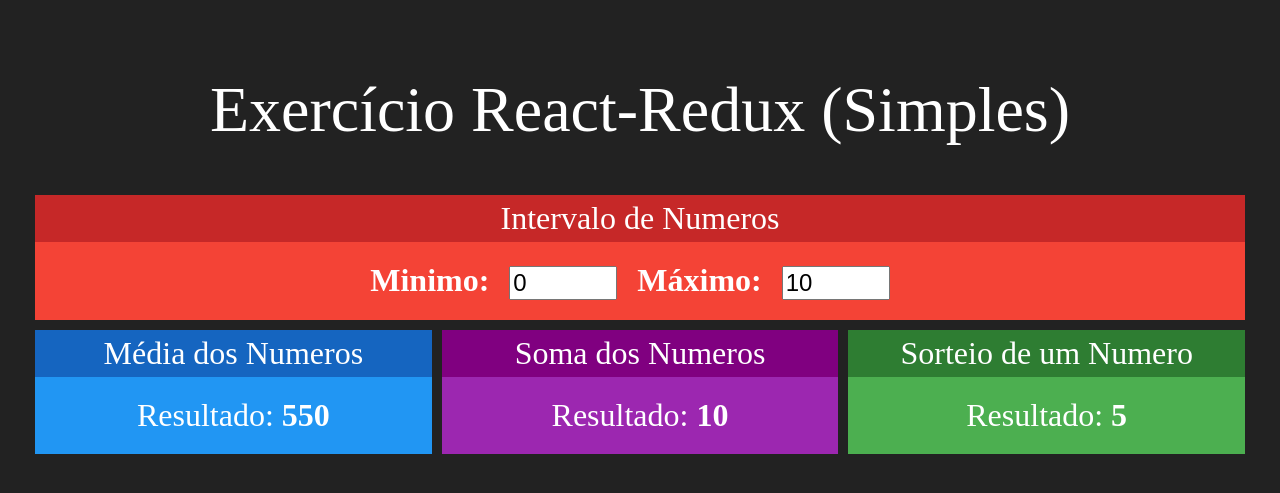
Repository: eversonps/redux-simples
Page: /
An editor plug-in stored every save of this project. The page is shown before and after the next save, followed by the edit.
The browser window is 1280 px wide. The pictures show the whole page.
The project was rebuilt for these pictures with package versions that can differ from the ones it lists, and the page was loaded fresh each time.

Above is the page before, as saved 2022-03-11 13:23:36.

### src/index.css
body{
  background-color: #222;
  font-size: 2rem;
  color: #fff;
  margin: 30px;
}

### src/App.js
import './App.css';
import React, {useState} from 'react';
import Intervalo from './components/Intervalo';
import Soma from './components/Soma';
import Sorteio from './components/Sorteio';
import Media from './components/Media';


function App() {
  const [min, setMin] = useState(100)
  const [max, setMax] = useState(1000)

  return (
    <div className="App">
      <h1>Exercício React-Redux (Simples)</h1>
      <div className='linha'>
        <Intervalo title="Card 1" red>X</Intervalo>
      </div>
      <div className='linha'>
        <Media min={min} max={max}></Media>
        <Soma min={min} max={max}></Soma>
        <Sorteio min={min} max={max}></Sorteio>
      </div>
    </div>
  );
}

export default App;

### src/App.css
.App{
  display: flex;
  flex-direction: column;
  text-align: center;
}

h1{
  font-weight: 200;
}

.linha{
  display: flex;
}

### src/components/Intervalo.jsx
import "./Intervalo.css"
import React from "react"
import Card from "./Card"

export default props => {
    return (
        <Card title="Intervalo de Numeros" red>
            <div className="Intervalo">
                <span>
                    <strong>Minimo:</strong>
                    <input type="number" value={0} readOnly/>
                </span>

                <span>
                    <strong>Máximo:</strong>
                    <input type="number" value={10} readOnly/>
                </span>
            </div>
        </Card>
    )
}

### src/components/Soma.jsx
import React from "react"
import Card from "./Card"

export default props => {
    return (
        <Card title="Soma dos Numeros" purple>
            <div>
                <span>
                    <span>Resultado: </span>
                    <strong>10</strong>
                </span>
            </div>
        </Card>
    )
}

### src/components/Sorteio.jsx
import React from "react"
import Card from "./Card"

export default props => {
    return (
        <Card title="Sorteio de um Numero" green>
            <div>
                <span>
                    <span>Resultado: </span>
                    <strong>5</strong>
                </span>
            </div>
        </Card>
    )
}

### src/components/Media.jsx
import React from "react"
import Card from "./Card"

export default props => {
    const min = props.min
    const max = props.max

    return (
        <Card title="Média dos Numeros" blue>
            <div>
                <span>
                    <span>Resultado: </span>
                    <strong>{(max + min) / 2}</strong>
                </span>
            </div>
        </Card>
    )
}

### src/components/Intervalo.css
.Intervalo input {
    font-size: 1.5rem;
    margin: 0 20px;
    width: 100px;
}

### src/components/Card.jsx
import "./Card.css"
import React from "react"

function getColor(props){
    if(props.red) return "Red"
    if(props.green) return "Green"
    if(props.blue) return "Blue"
    if(props.purple) return "Purple"
    return ""
}

export default props => (
    <div className={`Card ${getColor(props)}`}>
        <div className="Header">
            <span className="Title">{props.title}</span>
        </div>
        <div className="Content">
            {props.children}
        </div>
    </div>
)

### src/components/Card.css
.Card{
    flex: 1;
    display: flex;
    flex-direction: column;
    margin: 5px;
}

.Card .Header{
    display: flex;
    justify-content: center;
}

.Card .Header .Title{
    flex: 1;
    padding: 5px;
}

.Card .Content{
    padding: 20px;
}

.Card.Red .Header{ color: #FFF; background-color: #c62828;}
.Card.Red .Content{background-color: #f44336;}

.Card.Green .Header{ color: #FFF; background-color: #2e7d32;}
.Card.Green .Content{background-color: #4caf50;}

.Card.Blue .Header{ color: #FFF; background-color: #1565c0;}
.Card.Blue .Content{background-color: #2196f3;}

.Card.Purple .Header{ color: #FFF; background-color: purple;}
.Card.Purple .Content{background-color: #9c27b0;}

Loaded but not shown: public/index.html (common file); src/index.js (common file); src/reportWebVitals.js (common file)

After the next save:
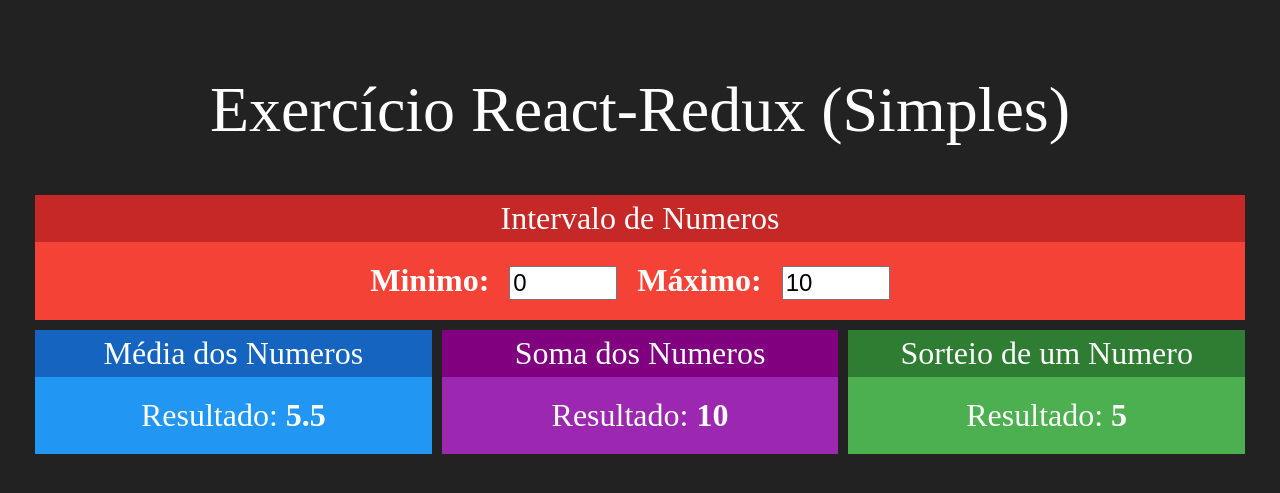
Saved 55 s later.
--- a/src/App.js
+++ b/src/App.js
@@ -7,8 +7,8 @@ import Media from './components/Media';
 
 
 function App() {
-  const [min, setMin] = useState(100)
-  const [max, setMax] = useState(1000)
+  const [min, setMin] = useState(1)
+  const [max, setMax] = useState(10)
 
   return (
     <div className="App">
